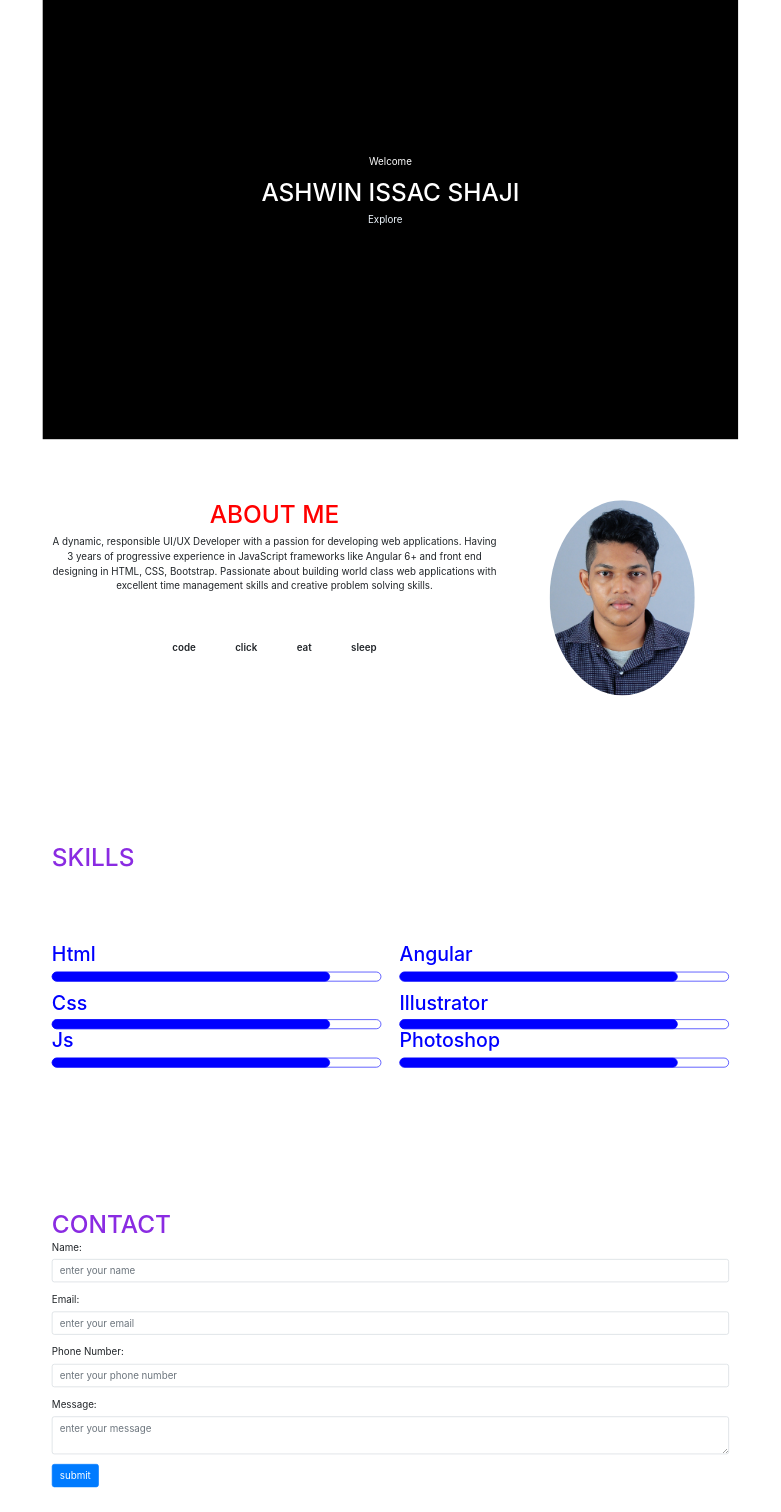
Repository: ashwinaisc/portfolio
Page: index.html
These files come from the project's save history. The page is drawn as it stood at one moment and after a run of saves; the edit follows.
The browser window is 1280 px wide. The pictures show the whole page, at 61% of full size.
Some web fonts or font styles are not loaded; a fallback is used.

Above is the page before, as saved 2019-08-13 20:30:32.
Not found: js/all.js

After the next 2 saves:
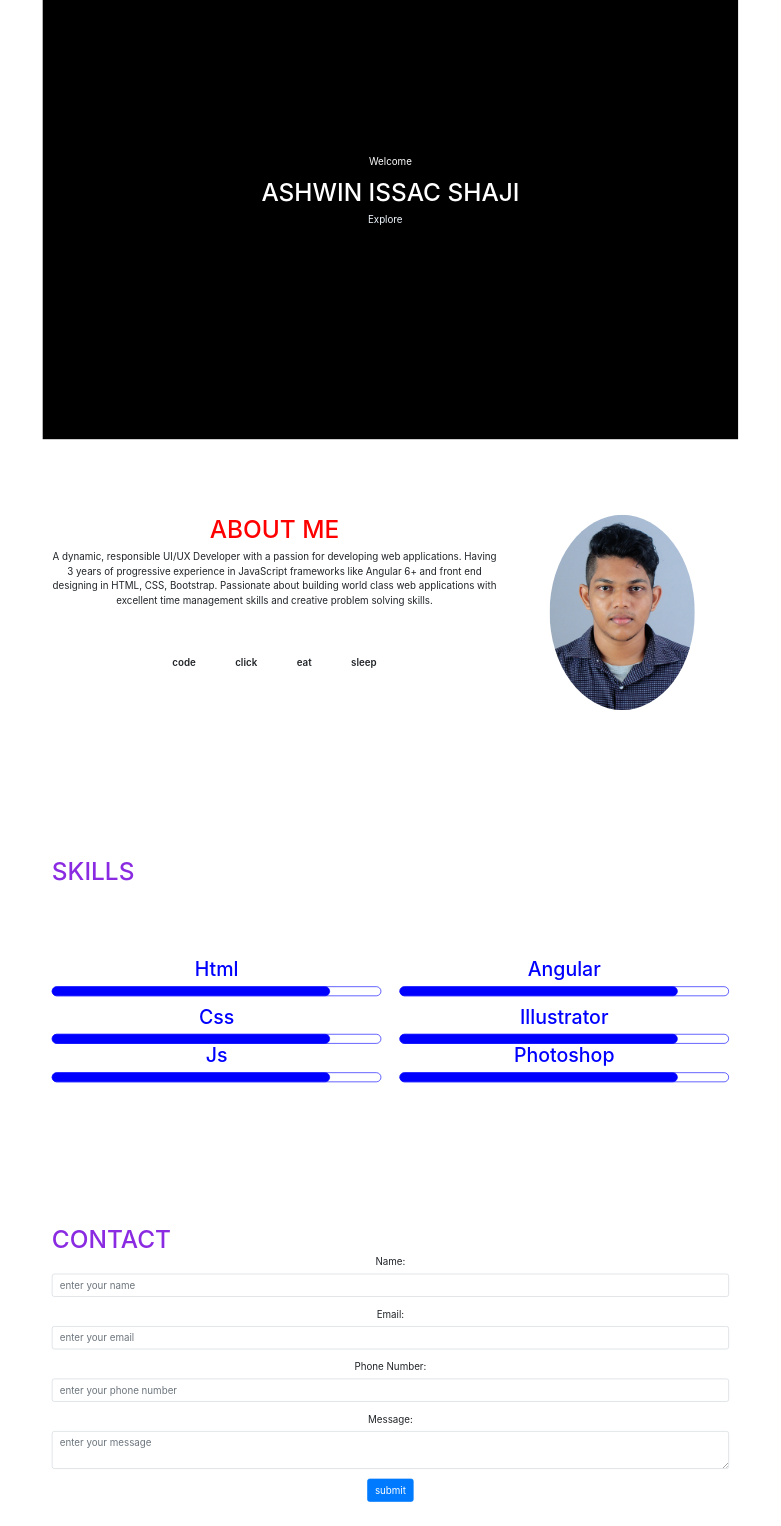
The 2 saves are shown as one change because they came seconds apart.
The last was saved 14 s later.
--- a/index.html
+++ b/index.html
@@ -24,7 +24,7 @@
             </div>
 
 <!-- About -->
-            <div class="container-fluid ais-about-cf" >
+            <session id="ais-Skills"  class="container-fluid ais-about-cf" >
                     <div class="container ais-about-c" >
                         <div class="row ais-about-row">
                             <div class="col-sm-12 col-lg-8 ais-about-col"  >
